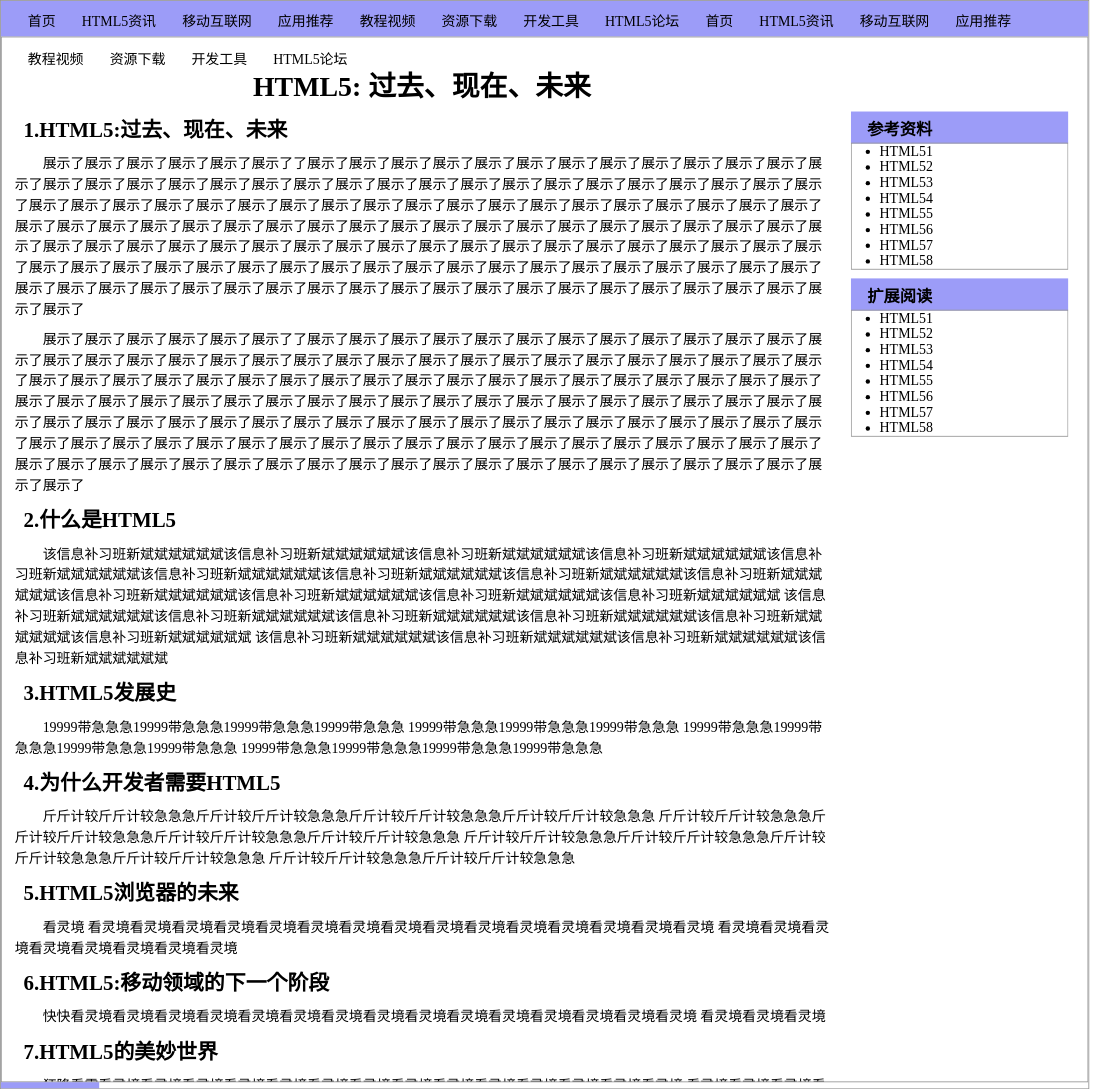
Repository: LstHeart/html-learning
Page: css/案例作业2.html
These files come from the project's save history. The page is drawn as it stood at one moment and after the next save; the edit follows.
The browser window is 1280 px wide. The pictures show the whole page, at 87% of full size.

Above is the page before, as saved 2021-01-06 00:47:07.

After the next save:
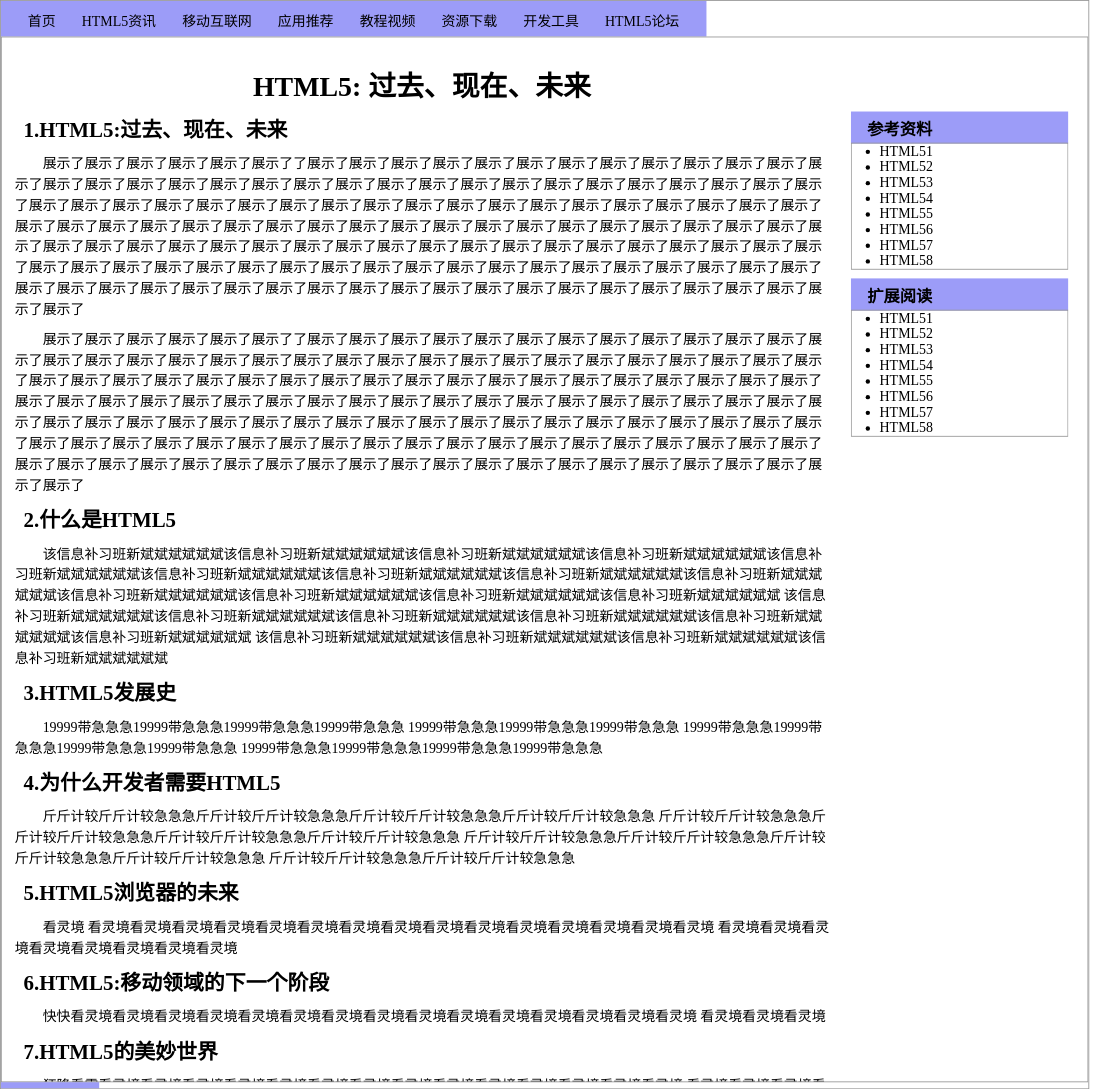
Saved 9 s later.
--- a/css/案例作业2.html
+++ b/css/案例作业2.html
@@ -12,14 +12,6 @@
     <div class="portainer">
         <div class="header">
             <ul class="head-ul">
-                <li>首页</li>
-                <li>HTML5资讯</li>
-                <li>移动互联网</li>
-                <li>应用推荐</li>
-                <li>教程视频</li>
-                <li>资源下载</li>
-                <li>开发工具</li>
-                <li>HTML5论坛</li>
                 <li>首页</li>
                 <li>HTML5资讯</li>
                 <li>移动互联网</li>
